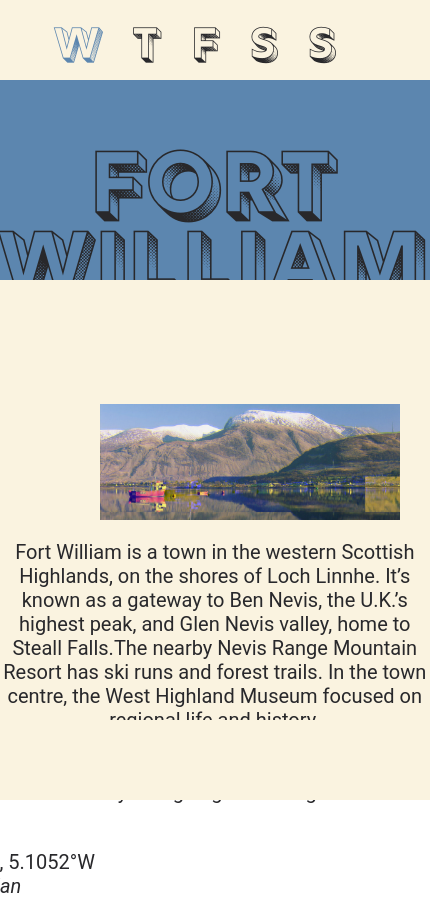
Repository: etak-yram/FINAL-CFG-WEB-DEV
Page: wednesday.html
The author's editor kept a copy of each file at every save. The page is drawn from the files as they stood at one save, then again after the next save.
The browser window is 375 px wide. The page is 430 px wide, then 400 px, so the pictures cover 430 px, including what lies to the right of the window. The pictures show the whole page.

Above is the page before, as saved 2022-07-27 13:36:52.

### wednesday.html
<!DOCTYPE html>
<html lang="en">

<style>
    #menu-item-wed {
    color: #5c86af;
}

    #aside-color-w {
    background-color: #5c86af;
}

    #aside-text-wed {
        font-size: 6em;
    }

    #aside-text-wed {
        font-size: 6em;
    }
</style>

<head>
    <meta charset="UTF-8">
    <meta http-equiv="X-UA-Compatible" content="IE=edge">
    <meta name="viewport" content="width=device-width, initial-scale=1.0">
    <link rel="stylesheet" type="text/css" href="style-main.css"/>

    <title>WED</title>
</head>
<body>
        <aside id="aside-color-w">
            <div class="aside-text-h" id="aside-text-wed">
                <h1>Fort<br>William</h1>
            </div>
        </aside>

        <subtext>
            <p class="sub-text">56.8198° N, 5.1052°W<br><em>An Gearasdan</em></p>
        </subtext>

        <header>
            <ul class="navbar">
                <li><a href="/wednesday.html" id="menu-item-wed" class="menu-item">Wed</a></li>
                <li><a href="/thursday.html" id="menu-item-thu" class="menu-item">Thu</a></li>
                <li><a href="/friday.html" id="menu-item-fri" class="menu-item">Fri</a></li>
                <li><a href="/saturday.html" id="menu-item-sat" class="menu-item">Sat</a></li>
                <li><a href="/sunday.html" id="menu-item-sun" class="menu-item">Sun</a></li>
            </ul>
        </header>



        <mobile-header>
            <ul class="mobile-navbar">
                <li><a href="/wednesday.html" id="menu-item-wed" class="menu-item">W</a></li>
                <li><a href="/thursday.html" id="menu-item-thu" class="menu-item">T</a></li>
                <li><a href="/friday.html" id="menu-item-fri" class="menu-item">F</a></li>
                <li><a href="/saturday.html" id="menu-item-sat" class="menu-item">S</a></li>
                <li><a href="/sunday.html" id="menu-item-sun" class="menu-item">S</a></li>
            </ul>
        </mobile-header>



        <main-img>
            <div>
                <img class="home-image" src="/images/Fort William.png">
            </div>
        </main-img>

        <main><p>Fort William is a town in the western Scottish Highlands, on the shores of Loch Linnhe. It’s known as a gateway to Ben Nevis, the U.K.’s highest peak, and Glen Nevis valley, home to Steall Falls.The nearby Nevis Range Mountain Resort has ski runs and forest trails. In the town centre, the West Highland Museum focused on regional life and history.<br><br>
        We will travel through the stunning Glencoe on the way - It's going to be magical ♡</p></main>

        <footer></footer>

        <rightside></rightside>

</html>

### style-main.css
@font-face {
  font-family: halftone;
  src: url("/fonts/MyFontsWebfontsKit/webFonts/RigBoldHalftone/font.woff");
}
@import url('https://fonts.googleapis.com/css2?family=Roboto:wght@100&display=swap');
/* font-family: 'Roboto', sans-serif; */

body, html {
  height: 100vh;
}


body {
  margin: 0;
  display: grid;
  grid-template-columns: 21% 15% 20% 30% 21% ;
  grid-template-rows: 10% auto auto 10%;
  grid-template-areas:
    "sidebar subtext header header aside"
    "sidebar subtext main-img main-img aside"
    "sidebar subtext main main aside"
    "sidebar footer footer footer aside";
}


/* right sidebar */

rightside {
  grid-area: aside;
  background-color:#faf3e0;
}

/* sidebar */
aside {
  grid-area: sidebar;
}

.aside-text-h {
  transform: rotate(-90deg);
  transform-origin:bottom right;
  padding-top: 100px;
}

.aside-text-h h1 {
  font-family: halftone;
  color: #28282B;
  line-height: 130px;
}

/* subtext */

subtext {
  grid-area: subtext;
  background-color:#faf3e0;
}

.sub-text {
  font-family: 'Roboto', sans-serif;
  color:#28282B;
  font-size: 25px;
  transform: rotate(-90deg);
  transform-origin:bottom;
  padding-top: 550px;
  margin-left: -100px;
}


/* navbar */



header {
  grid-area: header;
  background-color:#faf3e0;
}


.navbar {
  display: flex;
  list-style: none;
  justify-content: center;
  justify-items: center;

}

.navbar a {
  font-family: halftone;
  text-decoration: none;
  color: #28282B;
  font-size: 4rem;
  padding: 20px;
}

#menu-item-wed:hover {
	color: #5c86af;
}
#menu-item-thu:hover {
	color: #ff914d;
}
#menu-item-fri:hover {
	color: #ffde59;
}
#menu-item-sat:hover {
	color: #03989e;
}
#menu-item-sun:hover {
	color: #b071c2;
}

/* main image  */

main-img {
  grid-area: main-img;
  background-color:#faf3e0;
  display: flex;
  align-items: center;
  padding-left: 100px;
  padding-top: 100px;
}

.home-image {
  width: 800px;
}


/* paragraph of info */
main {
  grid-area: main;
  background-color: #faf3e0;
  text-align: center;
}

main p {
  font-family: 'Roboto', sans-serif;
  color:#28282B;
  font-size: 20px;
}


/* footer */
footer {
  grid-area: footer;
  background-color:#faf3e0;
}





























/* Media Queries */

/* Extra small devices (phones, 600px and down) */
@media only screen and (max-width: 600px) {

  body {
    margin: 0;
    display: grid;
    grid-template-columns: 1fr;
    grid-template-rows: 10% 25% 10% 20% 25% 10%;
    grid-template-areas:
      "header"
      "sidebar"
      "subtext"
      "main-img"
      "main"
      "footer";
  }

  header {
    display: none;
    padding: none;
  }

  mobile-header {
    grid-area: header;
    background-color:#faf3e0;
  }


  .mobile-navbar {
    display: flex;
    list-style: none;

  }

  .mobile-navbar a {
    font-family: halftone;
    text-decoration: none;
    color: #28282B;
    font-size: 3rem;
    padding: 15px;

  }


/* sidebar */
aside {
  grid-area: sidebar;
  display: flex;
  align-self: center;
  text-align: center;
}


.aside-text-h h1 {
  font-family: halftone;
  color: #28282B;
  font-size: 1em;
  line-height: 80px;
}


.aside-text-h {
  transform: none;
  transform-origin: none;
}


/* subtext */

subtext {
  grid-area: subtext;
  background-color:#faf3e0;
}

.sub-text {
  font-family: 'Roboto', sans-serif;
  color:#28282B;
  font-size: 20px;
  transform: none;
}





/* main image  */

main-img {
  grid-area: main-img;
  background-color:#faf3e0;
  display: flex;
  align-items: center;
}

.home-image {
  width: 80vw;
}


/* paragraph of info */
main {
  grid-area: main;
  background-color: #faf3e0;
  text-align: center;
}

main p {
  font-family: 'Roboto', sans-serif;
  color:#28282B;
  font-size: 20px;
}


/* footer */
footer {
  grid-area: footer;
  background-color:#faf3e0;
}


  }

/* Small devices (portrait tablets and large phones, 600px and up) */
@media only screen and (min-width: 600px) {}
/* Medium devices (landscape tablets, 768px and up) */
@media only screen and (min-width: 768px) {}

/* Large devices (laptops/desktops, 992px and up) */
@media only screen and (min-width: 992px) {
  mobile-header {
    display: none;
  }
}

/* Extra large devices (large laptops and desktops, 1200px and up) */
@media only screen and (min-width: 1200px) {
  mobile-header {
    display: none;
  }
}

After the next save:
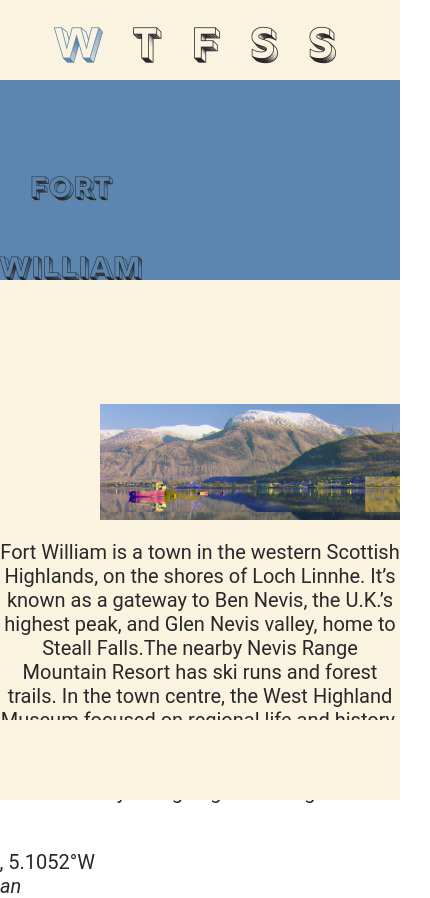
Saved 11 s later.
--- a/style-main.css
+++ b/style-main.css
@@ -229,7 +229,7 @@ aside {
 .aside-text-h h1 {
   font-family: halftone;
   color: #28282B;
-  font-size: 1em;
+  font-size: 32px;
   line-height: 80px;
 }
 
